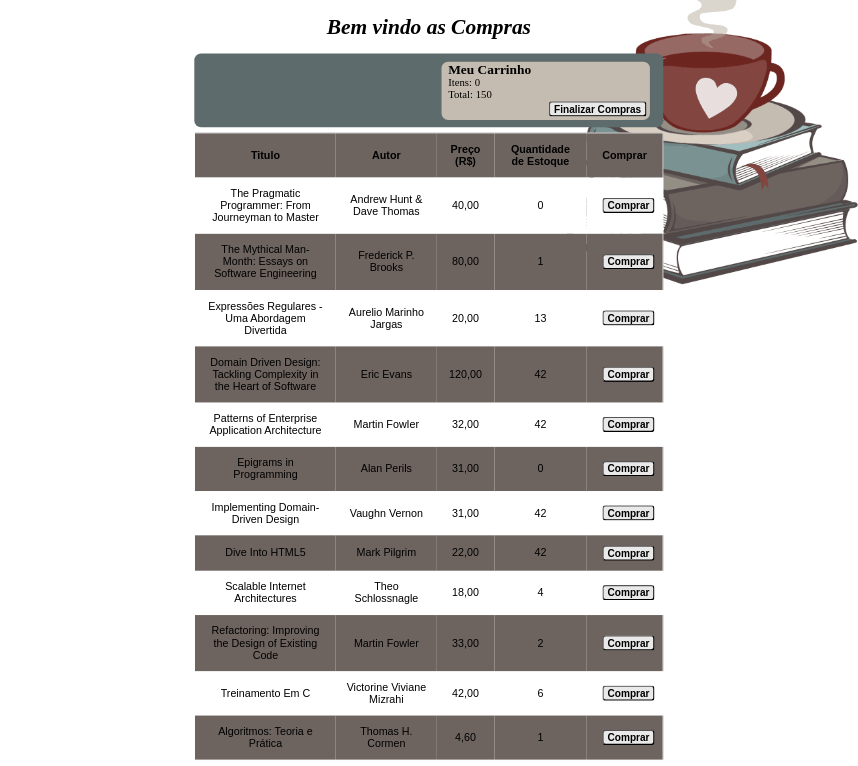
Repository: gabriellacrystina/ProjetoTegra
Page: http://localhost/book-store/Produtos
An editor plug-in stored every save of this project. The page is shown before and after the next save, followed by the edit.
The browser window is 1280 px wide. The pictures show the whole page, at 67% of full size.
Backgrounds fixed to the window are drawn as part of the page. The page is served by Tomcat 9.

Above is the page before, as saved 2016-07-04 14:43:03.

After the next save:
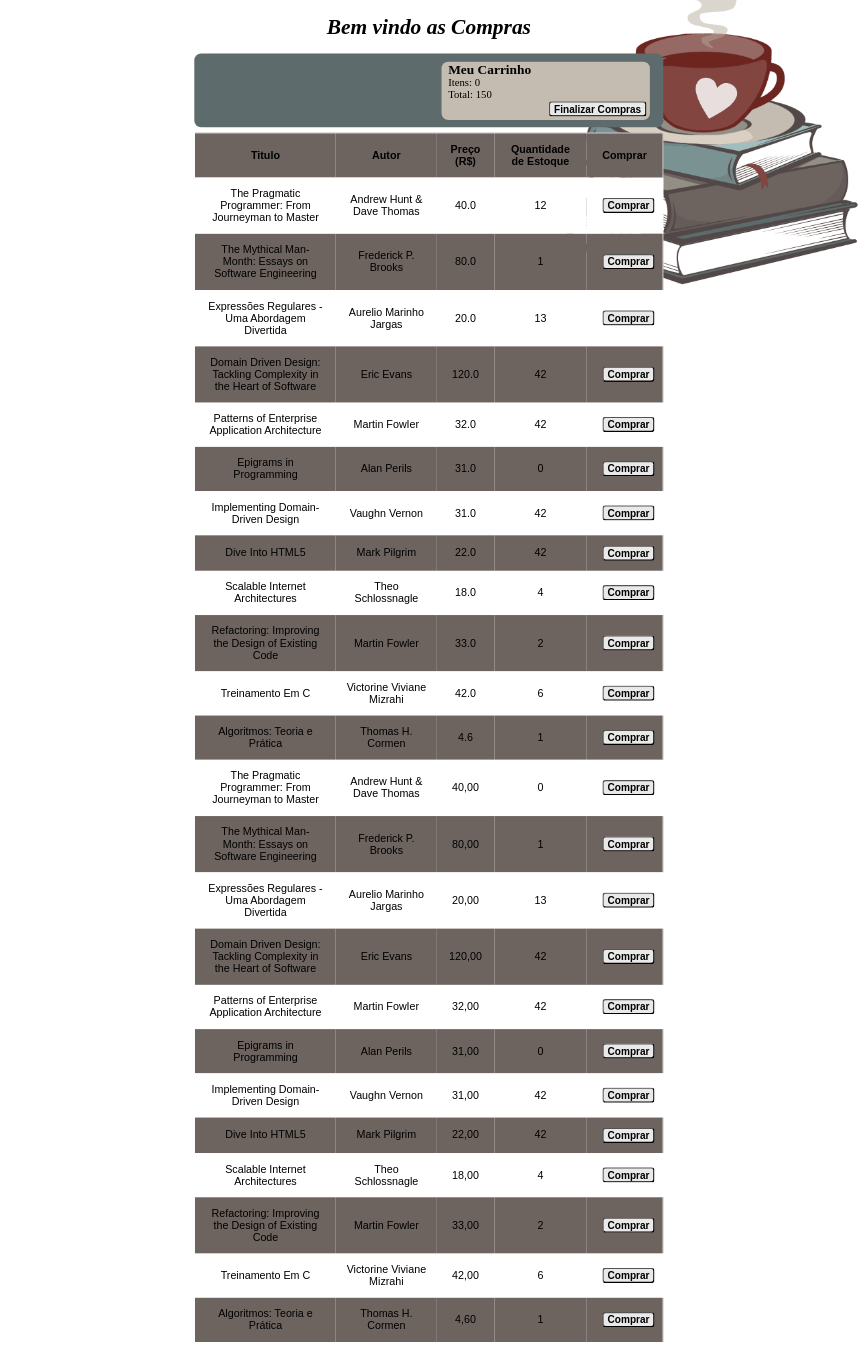
Saved 4 min 34 s later.
--- a/book-store/WebContent/index.jsp
+++ b/book-store/WebContent/index.jsp
@@ -38,6 +38,20 @@
 			    <th>Quantidade de Estoque</th>
 			    <th>Comprar</th>
 			  </tr>
+			  <%
+			  	for(Produto p: produtos){
+		  		%>
+		  			<tr class="livros">
+						<td class="nome-livro"><%= p.getTitulo() %></td>
+						<td class="nome-autor"><%= p.getAutor() %></center></td>
+						<td class="preco"><%= p.getPreco() %></center></td>
+						<td class="estoque"><%= p.getEstoque() %></center></td>
+						<td><button class="btn" id="btn-comprar" onclick="validaEstoque()">Comprar</button></td>
+					</tr>
+		  		<%
+			  	}
+			  %>
+
 			  <tr class="livros">
 			    <td class="nome-livro">The Pragmatic Programmer: From Journeyman to Master</td>
 			    <td class="nome-autor">Andrew Hunt & Dave Thomas</td>
